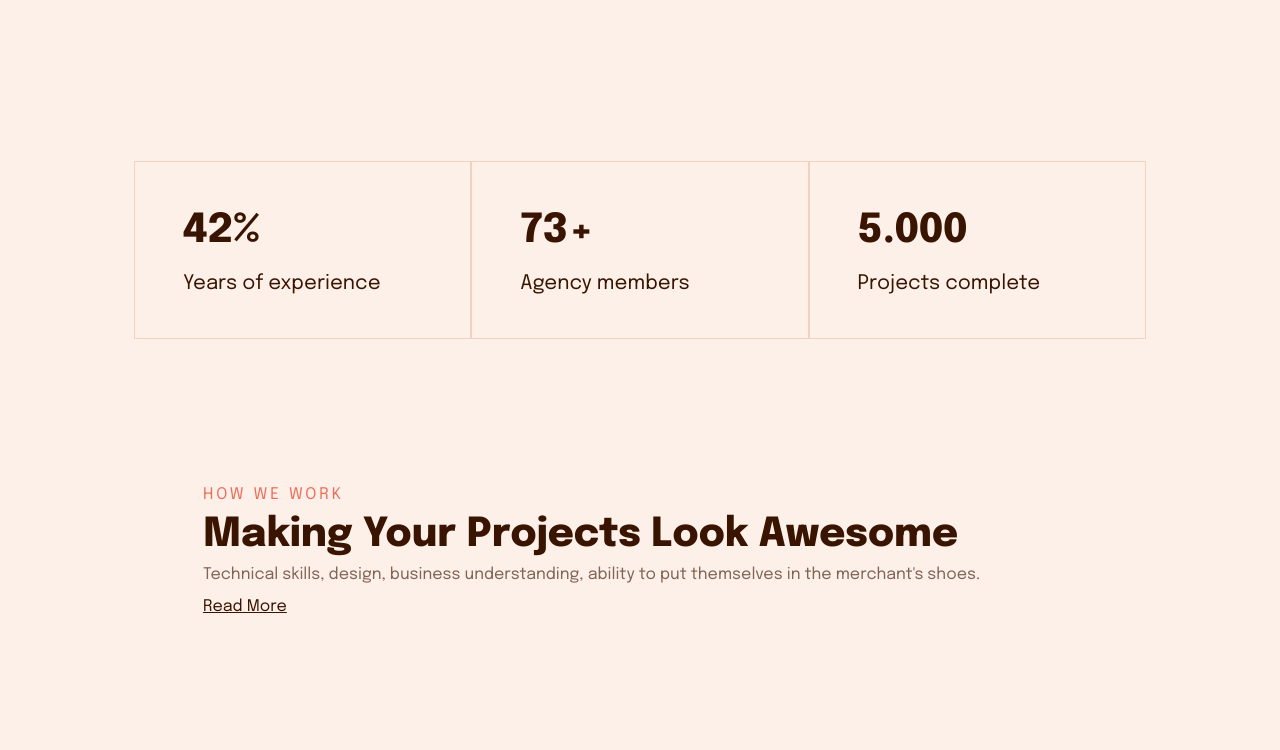
Repository: MehdiKerimov/Figma-task-7
Page: index.html
These files come from the project's save history. The page is drawn as it stood at one moment and after the next save; the edit follows.
The browser window is 1280 px wide. The pictures show the whole page.

Above is the page before, as saved 2023-08-30 12:12:03.

After the next save:
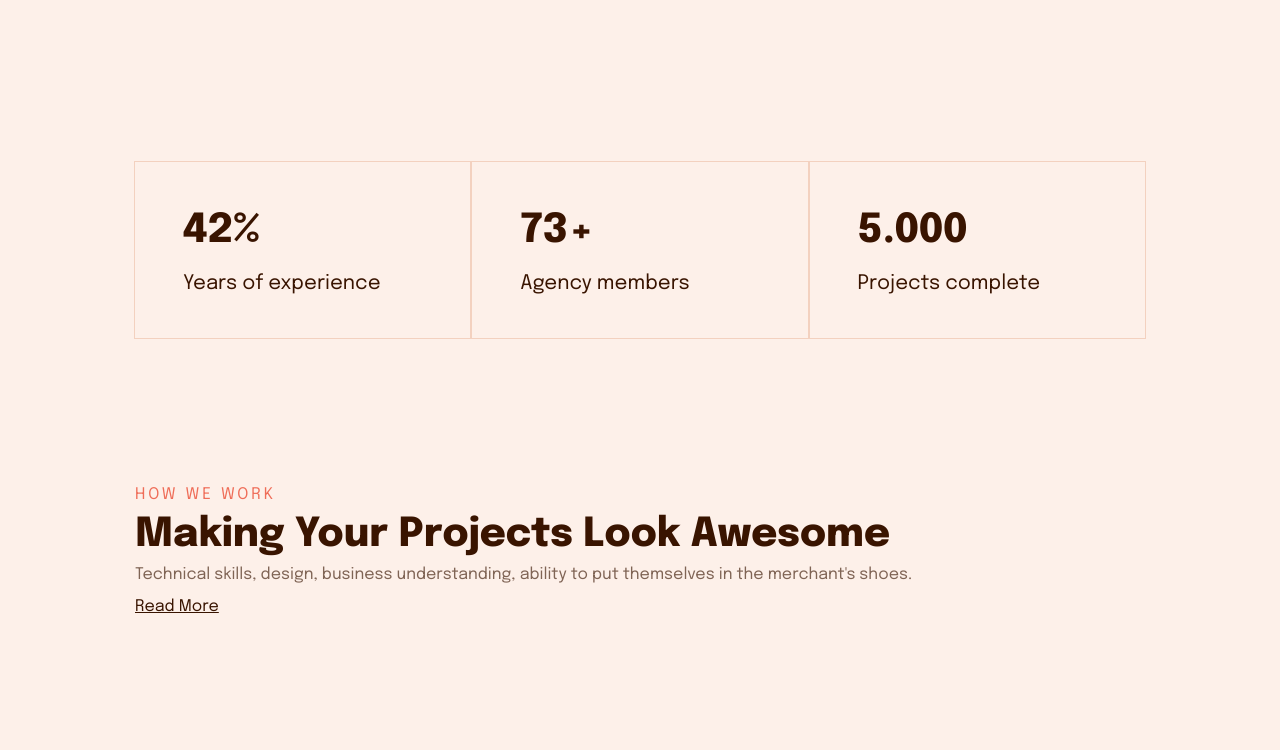
Saved 6 s later.
--- a/index.css
+++ b/index.css
@@ -62,7 +62,7 @@
   line-height: 32px;
 }
 .container-2{
-    padding: 0 203px 127px ;
+    padding: 0 203px 127px 135px;
     display: flex;
 }
 .container-2 .text-container h1 {
